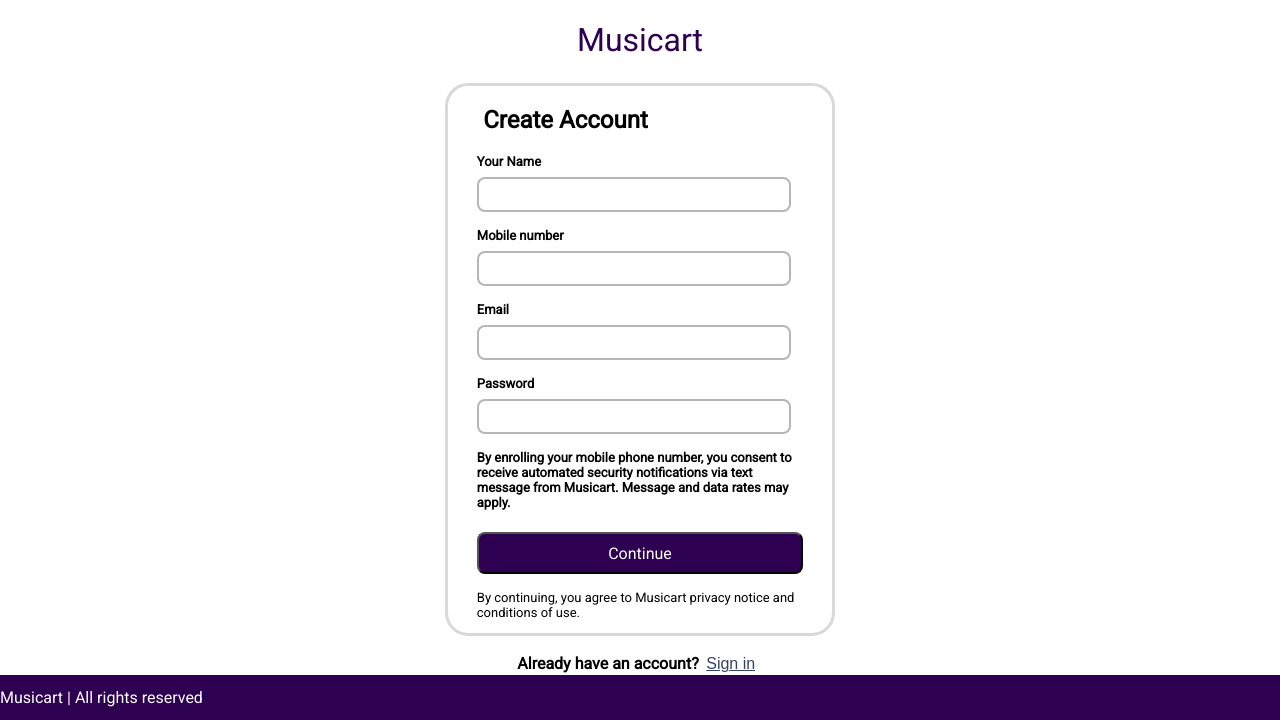
Repository: drumsmanku/doubtshare
Page: /register (app in frontend/)
The author's editor kept a copy of each file at every save. The page is drawn from the files as they stood at one save, then again after the next save.
The browser window is 1280 px wide. The pictures show the whole page.
The project was rebuilt for these pictures with package versions that can differ from the ones it lists, and the page was loaded fresh each time. Also part of the build but not shown: frontend/src/App.css, frontend/src/Components/Dashboard/Dashboard.js.

Above is the page before, as saved 2023-12-29 22:48:26.

After the next save:
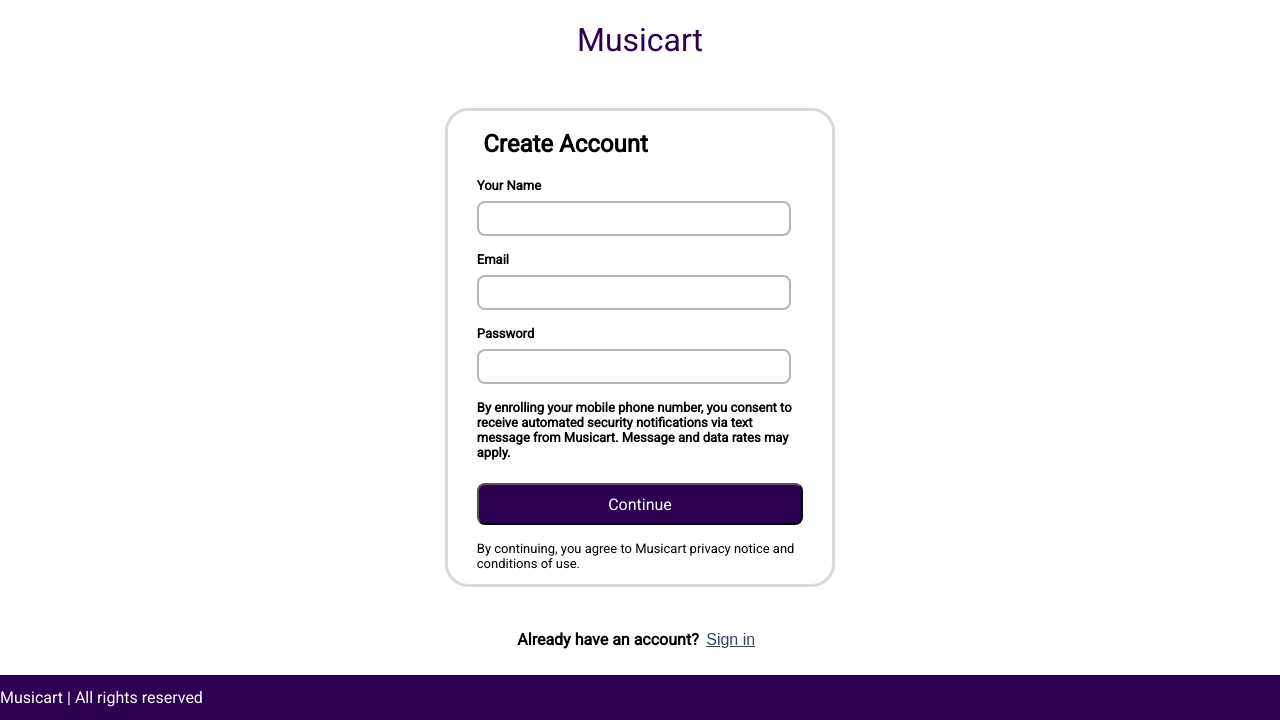
Saved 70 s later.
--- a/frontend/src/Components/Register/Register.js
+++ b/frontend/src/Components/Register/Register.js
@@ -25,7 +25,6 @@
   const [user, setUser] = useState({
     name: '',
     email: '',
-    mobile: '',
     password: ''
   });
   const handleChange = e => {
@@ -67,10 +66,6 @@
             <input type="text" name="name" value={user.name} onChange={handleChange} style={InputStyles}/>
           </div>
 
-          <div style={DivStyles}>
-            <label htmlFor="mobile" style={{fontWeight:600, fontSize:'small'}}>Mobile number</label>
-            <input type="text" name="mobile" value={user.mobile} onChange={handleChange} style={InputStyles} />
-          </div>
 
           <div style={DivStyles}>
             <label htmlFor="email" style={{fontWeight:600, fontSize:'small'}}>Email</label>
